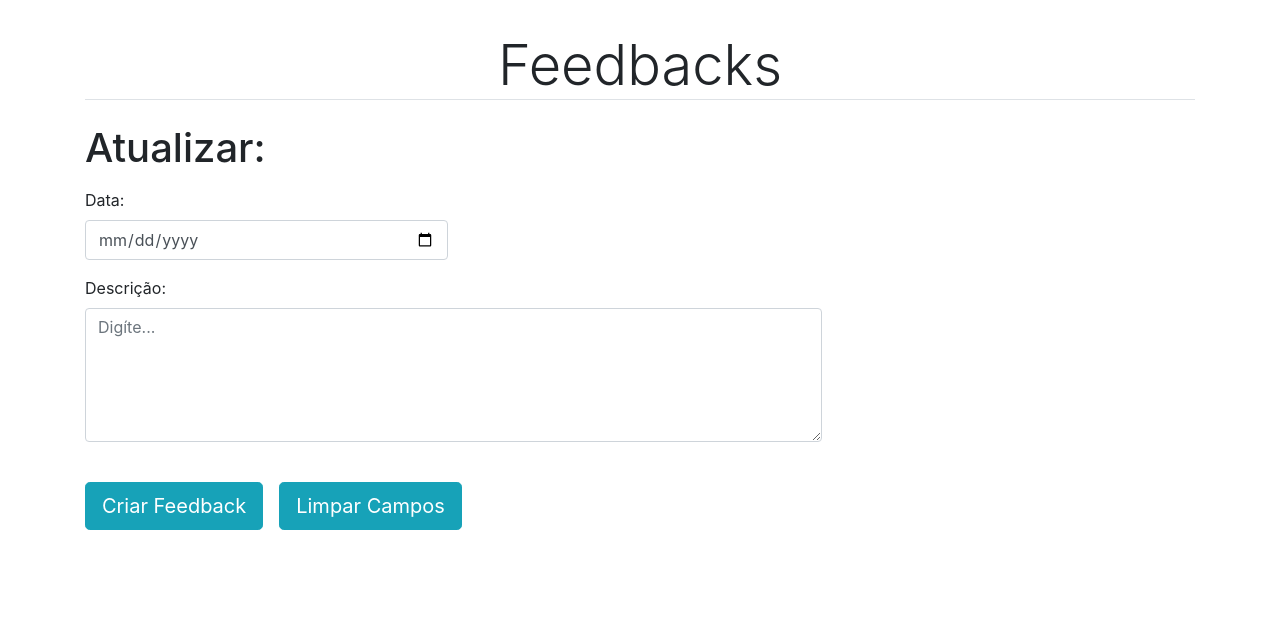
Repository: JulioSantooz/maisViagensSegundaVersao
Page: http://localhost/java-crud-mais-viagens/formUpdate.jsp
These files come from the project's save history. The page is drawn as it stood at one moment and after the next save; the edit follows.
The browser window is 1280 px wide. The pictures show the whole page.
Some web libraries are served in a nearby version. The page is served by Tomcat 9. Other server files are loaded and not shown.

Above is the page before, as saved 2022-02-07 14:18:00.

### java-web(eclipse)/java-crud-mais-viagens/src/main/webapp/formUpdate.jsp
<%@ page language="java" contentType="text/html; charset=ISO-8859-1" pageEncoding="ISO-8859-1"%>
<%@ taglib uri='http://java.sun.com/jsp/jstl/core' prefix='c'%>

<!DOCTYPE html>
<html>
<head>
<meta charset="ISO-8859-1">
<link rel="stylesheet" href="https://maxcdn.bootstrapcdn.com/bootstrap/4.0.0/css/bootstrap.css">
<title>+Viagens - Atualizar feedback</title>
</head>
<body>

<main class="container text-center mt-3">
	<div class="row">
		<div class="col-12">
			<h1 class="display-4 my-3 border-bottom">Feedbacks</h1>
			<div class="row">
				<div class="col-2 mt-2">
					<h1>Atualizar:</h1>
				</div>
			</div>
			<form action="CreateAndFind" method="POST">
                <div class="form-row mt-2 d-flex flex-column">
                    <div class="form-group col-4">
                        <label for="" class="float-left">Data:</label>
                        <input name="data" type="date" class="form-control" id="">
                    </div>
                    <div class="form-group col-12 col-sm-12 col-md-12 col-lg-8">
                        <label for="" class="float-left">Descrição:</label>
                        <textarea name="descricao" maxlength="300" class="form-control" id="" rows="5" placeholder="Digíte..."></textarea>
                    </div>
                </div>
                <button type="submit" class="btn btn-lg btn-info my-4 float-left">Criar Feedback</button>
                <button type="reset" class="btn btn-lg btn-info ml-3 my-4 float-left">Limpar Campos</button>
            </form>
		</div>
	</div>
</main>


<script src="https://code.jquery.com/jquery-3.2.1.slim.min.js"></script>
<script src="https://cdnjs.cloudflare.com/ajax/libs/popper.js/1.12.9/umd/popper.min.js"></script>
<script src="https://maxcdn.bootstrapcdn.com/bootstrap/4.0.0/js/bootstrap.js"></script>

</body>
</html>

After the next save:
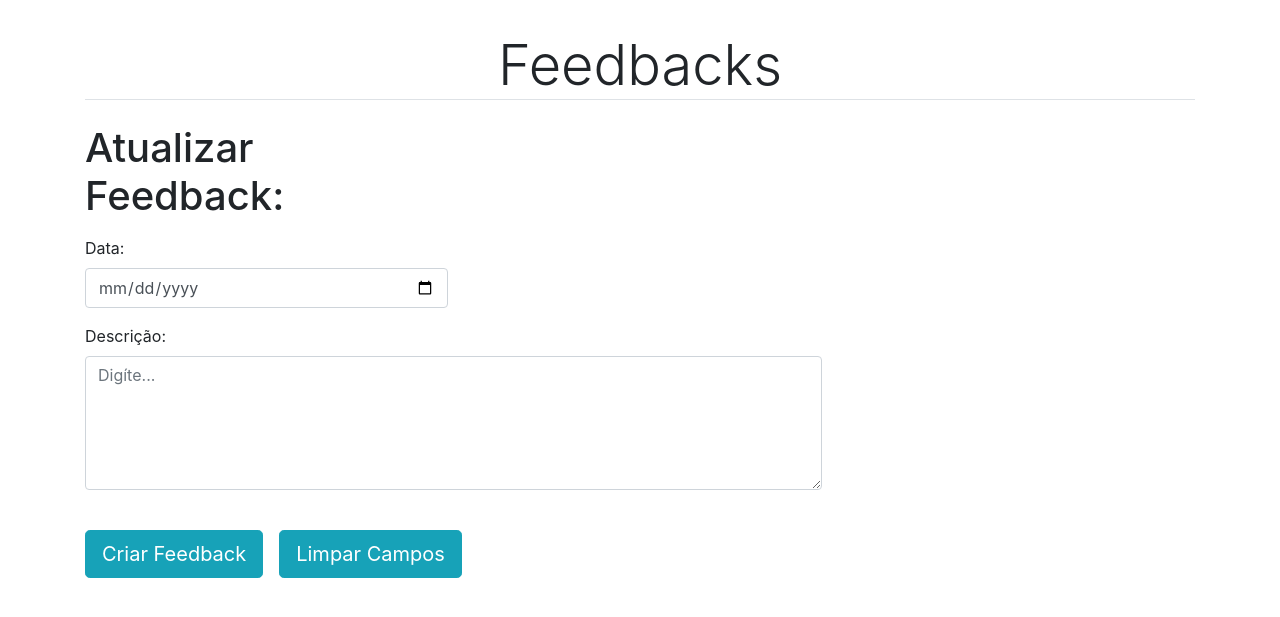
Saved 14 s later.
--- a/java-web(eclipse)/java-crud-mais-viagens/src/main/webapp/formUpdate.jsp
+++ b/java-web(eclipse)/java-crud-mais-viagens/src/main/webapp/formUpdate.jsp
@@ -16,7 +16,7 @@
 			<h1 class="display-4 my-3 border-bottom">Feedbacks</h1>
 			<div class="row">
 				<div class="col-2 mt-2">
-					<h1>Atualizar:</h1>
+					<h1>Atualizar Feedback:</h1>
 				</div>
 			</div>
 			<form action="CreateAndFind" method="POST">
